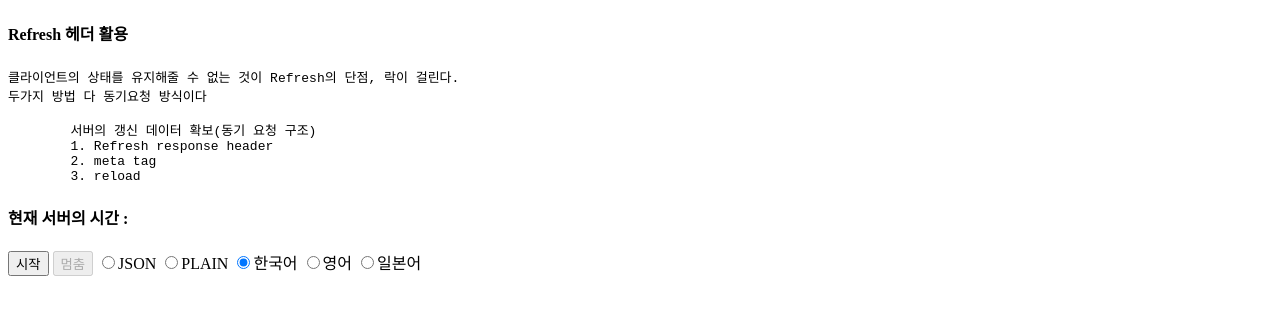
Repository: YOUNARAE/JSP
Page: http://localhost/WebStudy01/05/autoRequest.jsp
An editor plug-in stored every save of this project. The page is shown before and after the next save, followed by the edit.
The browser window is 1280 px wide. The pictures show the whole page.
The page is served by Tomcat 9.

Above is the page before, as saved 2022-12-13 09:31:43.

After the next save:
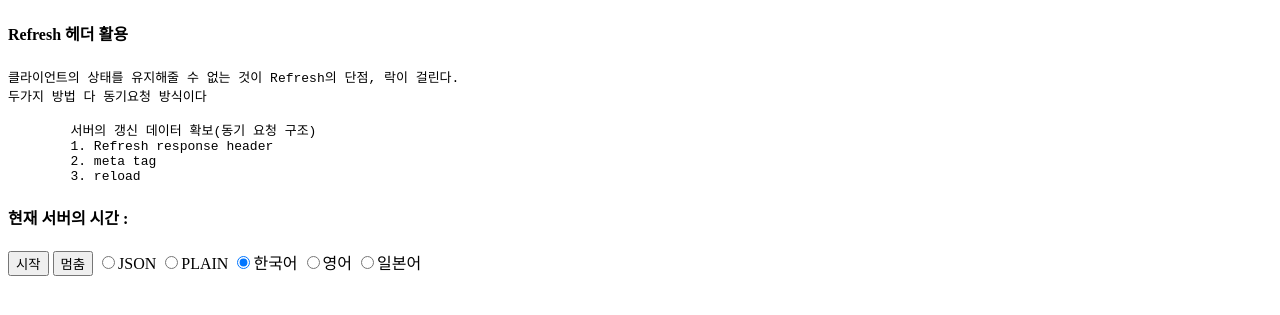
Saved 2 min 19 s later.
--- a/WebStudy01/src/main/webapp/05/autoRequest.jsp
+++ b/WebStudy01/src/main/webapp/05/autoRequest.jsp
@@ -24,7 +24,7 @@
 </pre>
 <h4>현재 서버의 시간 : <span id="timeArea"> </span></h4>
 <button class="controlBtn" data-control-type="START">시작</button>
-<button class="controlBtn" data-control-type="STOP" disabled="disabled">멈춤</button>
+<button class="controlBtn" data-control-type="STOP" >멈춤</button>
 <input type="radio" name="dataType" data-data-type="json" />JSON
 <input type="radio" name="dataType" data-data-type="text" />PLAIN
 <input type="radio" name="locale" value="ko" checked />한국어
